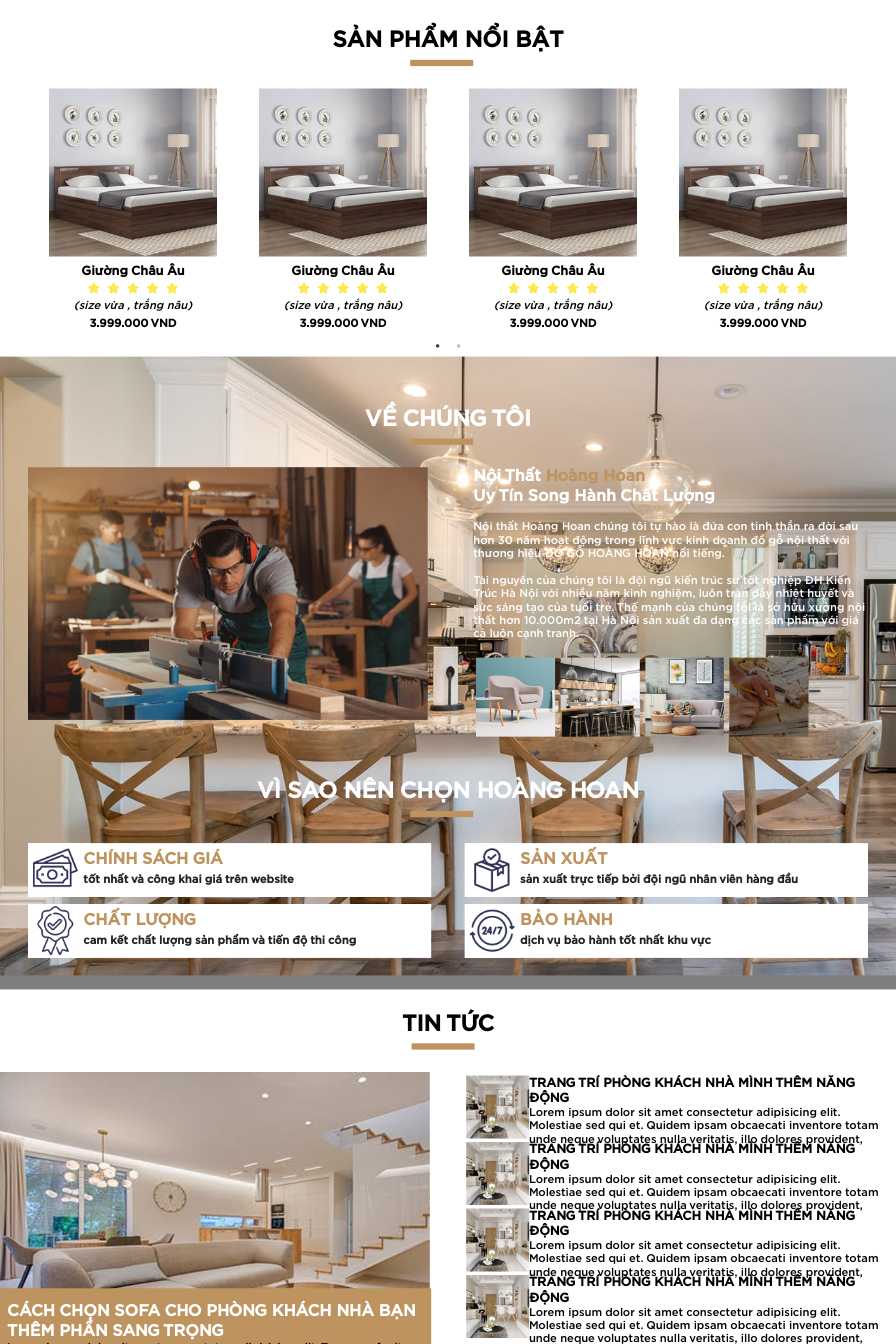
Repository: LDDUNG2003/prj_2
Page: /
These files come from the project's save history. The page is drawn as it stood at one moment and after the next save; the edit follows.
The browser window is 1280 px wide. The pictures show the part of the page from y = 1259 to 3179 px (the page is 3917 px tall), at 70% of full size.
The project was rebuilt for these pictures with package versions that can differ from the ones it lists, and the page was loaded fresh each time. Also part of the build but not shown: src/pages/news/index.js.

Above is the page before, as saved 2023-09-19 10:58:09.

### public/index.html
<!doctype html>
<html lang="en">
  <head>
    <meta charset="utf-8">
    <meta name="viewport" content="width=device-width, initial-scale=1">
    <link rel="shortcut icon" href="./img/logo.png">
    <link rel="preconnect" href="https://fonts.googleapis.com">
    <link rel="preconnect" href="https://fonts.gstatic.com" crossorigin>
    <link href="https://fonts.googleapis.com/css2?family=Roboto:ital,wght@0,100;0,300;0,400;0,500;1,100;1,400;1,500;1,700;1,900&display=swap" rel="stylesheet">
    <title>Trang Chu</title>
  </head>
  <body>
    <div id="root"></div>
  </body>
</html>

### src/App.js
import React, { Component } from 'react';
import { BrowserRouter as Router , Routes, Route } from 'react-router-dom';
import defaultLayout from './layouts/defaultLayout';
import { publicRoute } from './routes';
import './styles/css/responsive.css';

class App extends Component {
  render() {
    let Layout = defaultLayout
    return (
      <Router>
        <div className="App">
        <Routes>
        {publicRoute.map((route ,index) => {
            const Page = route.component
            return <Route key={index} path={route.path} element={<Layout><Page/></Layout>}/>
          })}
        </Routes>
        </div>
      </Router>
    );
  }
}

export default App;

### src/layouts/defaultLayout/index.js
import Header from "../header";
import Footer from "../footer";
import "../../styles/css/base.css";

function defaultLayout({children}) {
    return(
        <>
        <Header />
        <div className="content">{children}</div>
        <Footer />
        </>
    );
}

export default defaultLayout;

### src/routes/index.js
import Home from '~/pages/home'
import News from '~/pages/news'

const publicRoute = [
    {path: '/',component: Home},
    {path: '/news',component: News}
]

export  {publicRoute}

### src/styles/css/responsive.css
@media (min-width:767px) {
    #mobileMenu {
        display: none;
    }
}

@media (max-width: 767px) {
    #mobileMenu {
        display: block;
    }
    .logo--block {
        width: 100%;
        display: flex;
        align-items: center;
        justify-content: space-between;
    }
    .navBar {
        display: block;
        height: auto;
    }
    .menu-mobile {
        width: 40px;
        height: 40px;
        padding: 10px;
        border: 0px;
        background-color: var(--primary-color);
    }
    .navBar__list {
        display: none;
        width: 100%;
    }
    .navBar__list-item {
        padding: 4px;
        border-bottom: 2px solid #ccc;
    }
    .content__focut {
        position: static;
    }
    .focut--item {
        width: 50%;
    }
    .content__banner {
        width: 100%;
    }
    .banner--content {
        display: none;
    }
    .slick-prev:before,
    .slick-next:before {
        display: none;
    }
    .about--background {
        display: none;
    }
    .about__us-bag {
        position: static;
    }
    .about--block {
        display: block;
    }
    .about--content {
        width: 100%;
        color: var(--text-color);
    }
    .about--content img {
        width: 100%;
    }
    .content--title {
        color: var(--text-color);
    }
    .news--contain {
        display: block;
    }
    .mobile-display {
        display: none;
    }
    .news--contain--item {
        width: 100%;
    }
    .news--list-item {
        width: 100%;
        overflow: hidden;
    }
    .news--list-item img {
        height: 100%;
    }
    .partner--list {
        flex-wrap: wrap;
    }
    .partner--item {
        width: 50%;
    }
    .content--contact {
        display: none;
    }
    .footer__lable {
        display: block;
    }
    .footer--list {
        width: 100%;
        padding: 10px 0px;
    }
    .footer--list-item {
        width: 100%;
        padding: 5px 0px;
    }
    /* news responsive */
    .news--content-list {
        margin: 0px 20px;
    }
    .news--content-item {
        width: 100%;
    }
    .featured--list {
        width: 100%;
        margin: 10px;
        flex-wrap: wrap;
    }
    .featured--item {
        width: 100%;
    }
}

### src/layouts/header/index.js
function Header(){
    return (
        <div className="header">
            <div className="navBar">
                <div className="logo--block">
                <img src="./img/logo.png" alt="logo" className="logo" />
                <button className="menu-mobile" id="mobileMenu"><i className="fas fa-bars" style={{color: '#fff'}} /></button>
                </div>
                <ul className="navBar__list">
                <li className="navBar__list-item"><a href="/" className="navBar__list--link">trang chủ</a></li>
                <li className="navBar__list-item">
                    <a href="./index.html" className="navBar__list--link">giới thiệu</a>
                </li>
                <li className="navBar__list-item">
                    <a href="./product.html" className="navBar__list--link">sản phẩm</a>
                </li>
                <li className="navBar__list-item">
                    <a href="./partner.html" className="navBar__list--link">đối tác</a>
                </li>
                <li className="navBar__list-item">
                    <a href="/news" className="navBar__list--link">tin tức</a>
                </li>
                <li className="navBar__list-item">
                    <a href className="navBar__list--link">liên hệ</a>
                </li>
                </ul>
            </div>
        </div>

    )
}

export default Header

### src/layouts/footer/index.js
function Footer(){
    return (
        <div className="footer ">
            <div className="footer__lable">
                <ul className="footer--list">
                <li className="footer--list-item">
                    <h3 className="footer--list-heading">
                    thông tin chung
                    </h3>
                </li>
                <li className="footer--list-item footer--inheri">công ty tnhh hoàng hoan</li>
                <li className="footer--list-item"><i className="fa-solid fa-phone" style={{color: '#ffffff'}} />099999999</li>
                <li className="footer--list-item"><i className="fa-regular fa-envelope" style={{color: '#ffffff'}} />excepturi@gmail.com
                </li>
                <li className="footer--list-item"><i className="fa-solid fa-location-dot fa-beat" style={{color: '#ffffff'}} />26 khương đình , thanh xuân , hà nội</li>
                </ul>
                <ul className="footer--list">
                <li className="footer--list-item">
                    <h3 className="footer--list-heading">về chúng tôi</h3>
                </li>
                <li className="footer--list-item">giới thiệu</li>
                <li className="footer--list-item">sản phẩm</li>
                <li className="footer--list-item">tin tức</li>
                <li className="footer--list-item">đối tác</li>
                <li className="footer--list-item">liên hệ</li>
                </ul>
                <ul className="footer--list">
                <li className="footer--list-item">
                    <h3 className="footer--list-heading">kết nối với chúng tôi</h3>
                </li>
                <li className="footer--list-item">
                    <ul className="footer--list-contact">
                    <li className="fooder--list-contact-item"><i className="fa-brands fa-square-facebook" style={{color: '#ffffff'}} /></li>
                    <li className="fooder--list-contact-item"><i className="fa-brands fa-instagram" style={{color: '#ffffff'}} />
                    </li>
                    <li className="fooder--list-contact-item"><i className="fa-regular fa-envelope" style={{color: '#fcfcfd'}} />
                    </li>
                    </ul>
                </li>
                <li className="footer--list-item"><img style={{height: 23}} src="./img/ve-chung-toi/chat-luong.jpg" alt /></li>
                </ul>
            </div>
        </div>
    )
}

export default Footer

### src/styles/css/base.css
* {
    padding: 0px;
    margin: 0px;
    font-family: "Gotham-Medium";
}

:root {
    --primary-color: #bd945f;
    --text-color: #222222;
}


/* font setting */

@font-face {
    font-family: "Gotham-Medium";
    src: url(../front/Gotham-Medium.otf);
}

@font-face {
    font-family: "Gotham-Thin";
    src: url(../front/Gotham-Thin.otf);
}

@font-face {
    font-family: "Gotham-Ultra";
    src: url(../front/Gotham-Ultra.otf);
}

.App {
    width: 100%;
    overflow: hidden;
}

.main {
    width: 100%;
}

.header {
    padding: 10px 0px;
    margin: auto;
    width: 100%;
    max-width: 1200px;
}

.navBar {
    display: flex;
    width: 100%;
    justify-content: space-between;
}

.logo {
    height: 80px;
}

.navBar__list {
    display: flex;
    list-style: none;
    align-items: center;
}

.navBar__list-item {
    margin: 0 10px;
}

.navBar__list--link {
    text-transform: uppercase;
    font-size: 16px;
    color: var(--text-color);
    text-decoration: none;
}

.featured--content {
    padding-top: 10px;
    text-align: center;
}

.featured-name {
    font-size: 18px;
    text-transform: capitalize;
}

.evaluate--list {
    list-style: none;
    display: flex;
    justify-content: center;
}

.evaluate--list li {
    padding: 5px;
    margin: 0;
}

.note-product {}

.content--title {
    font-size: 32px;
    padding: 50px 0px;
    text-align: center;
    position: relative;
    text-transform: uppercase;
}

.content--title::before {
    content: '';
    background-color: var(--primary-color);
    width: 90px;
    height: 9px;
    position: absolute;
    top: 70%;
    right: 47%;
}

.content__featured {
    width: 100%;
    max-width: 1200px;
    margin: auto;
    padding-bottom: 30px;
}

.featured--list {
    width: 100%;
    list-style: none;
    display: flex;
    text-align: center;
}

.featured--item {}

.featured--img {
    width: 80%;
    margin: auto;
}

.price-product {
    padding: 7px 0px;
    font-weight: 800;
    font-size: 16px;
}

.slick-prev:before,
.slick-next:before {
    color: var(--primary-color);
    width: 15px;
}

.footer {
    background-color: black;
}

.footer__lable {
    max-width: 1200px;
    margin: auto;
    display: flex;
    width: 100%;
    justify-content: space-around;
    color: #fff;
    justify-content: space-between;
}

.footer--list {
    list-style: none;
    width: 32%;
}

.footer--list-item {
    font-size: 16px;
    padding-top: 8px;
    text-transform: capitalize;
    font-family: initial;
}

.footer--list-heading {
    font-size: 18px;
    font-weight: 300;
    text-transform: uppercase;
    position: relative;
    padding-bottom: 0px;
    font-family: 'Gotham-Medium';
}

.footer--list-heading::after {
    content: '';
    background-color: var(--primary-color);
    width: 110px;
    padding-top: 6px;
    position: absolute;
    left: 0px;
    bottom: -8px;
}

.footer--inheri {
    text-transform: uppercase;
    font-weight: 600;
    font-size: 18px;
}

.footer--list-contact {
    display: flex;
    list-style: none;
}

.fooder--list-contact-item {
    width: 16px;
    padding: 5px;
}

### src/pages/home/setProductSlick/index.js
import "slick-carousel/slick/slick.css";
import "slick-carousel/slick/slick-theme.css";
import React, { Component } from "react";
import Slider from "react-slick";
import "~/styles/css/home.css"
import Star from "~/font-awesome"

export default class SimpleSlider extends Component {

  render() {
    const settings = {
      dots: true,
      speed: 300,
      slidesToShow: 4,
      slidesToScroll: 4,
      infinite: false,
    };
    return (
      <div>
        <Slider {...settings}>
        <li className="featured--item">
            <img src="./img/featured/giuong-ngu.png" alt className="featured--img" />
            <div className="featured--content">
              <h5 className="featured-name">Giường Châu Âu</h5>
              <ul className="evaluate--list">
                <li><Star/></li>
                <li><Star/></li>
                <li><Star/></li>
                <li><Star/></li>
                <li><Star/></li>
              </ul>
              <i className="note-product">(size vừa , trắng nâu)</i>
              <p className="price-product">3.999.000 VND</p>
            </div>
          </li>
          <li className="featured--item">
            <img src="./img/featured/giuong-ngu.png" alt className="featured--img" />
            <div className="featured--content">
              <h5 className="featured-name">Giường Châu Âu</h5>
              <ul className="evaluate--list">
               <li><Star/></li>
                <li><Star/></li>
                <li><Star/></li>
                <li><Star/></li>
                <li><Star/></li>
              </ul>
              <i className="note-product">(size vừa , trắng nâu)</i>
              <p className="price-product">3.999.000 VND</p>
            </div>
          </li>
          <li className="featured--item">
            <img src="./img/featured/giuong-ngu.png" alt className="featured--img" />
            <div className="featured--content">
              <h5 className="featured-name">Giường Châu Âu</h5>
              <ul className="evaluate--list">
               <li><Star/></li>
                <li><Star/></li>
                <li><Star/></li>
                <li><Star/></li>
                <li><Star/></li>
              </ul>
              <i className="note-product">(size vừa , trắng nâu)</i>
              <p className="price-product">3.999.000 VND</p>
            </div>
          </li>
          <li className="featured--item">
            <img src="./img/featured/giuong-ngu.png" alt className="featured--img" />
            <div className="featured--content">
              <h5 className="featured-name">Giường Châu Âu</h5>
              <ul className="evaluate--list">
               <li><Star/></li>
                <li><Star/></li>
                <li><Star/></li>
                <li><Star/></li>
                <li><Star/></li>
              </ul>
              <i className="note-product">(size vừa , trắng nâu)</i>
              <p className="price-product">3.999.000 VND</p>
            </div>
          </li>
          <li className="featured--item">
            <img src="./img/featured/giuong-ngu.png" alt className="featured--img" />
            <div className="featured--content">
              <h5 className="featured-name">Giường Châu Âu</h5>
              <ul className="evaluate--list">
               <li><Star/></li>
                <li><Star/></li>
                <li><Star/></li>
                <li><Star/></li>
                <li><Star/></li>
              </ul>
              <i className="note-product">(size vừa , trắng nâu)</i>
              <p className="price-product">3.999.000 VND</p>
            </div>
          </li>
        </Slider>
      </div>
    );
  }
}

### src/styles/css/news.css
.news--contet {
    width: 100%;
    max-width: 1200px;
    margin: auto;
    padding-bottom: 50px;
}

.news--content-list {
    display: flex;
    flex-wrap: wrap;
    list-style: none;
    align-items: center;
}

.news--content-item {
    width: 33%;
    padding: 20px;
    box-sizing: border-box;
}

.news--item-img {
    width: 100%;
}

.news--item-contain {
    margin: auto;
}

.news--contain-heading {
    font-size: 23px;
    color: var(--primary-color);
    text-transform: uppercase;
}

.news--contain-text {
    padding: 10px 0px 0px 0px;
    font-size: 16px;
}

### src/styles/css/home.css
.content {
    width: 100%;
    max-width: 1500px;
    margin: auto;
}

.content__banner {
    width: 100%;
    position: relative;
}

.content--list-image {
    width: 100%;
    max-width: 1500px;
    margin: auto;
}

.content--image {
    width: 100%;
}

.banner--content {
    position: absolute;
    top: 10%;
    left: 15%;
}

.banner--content-text-title {
    text-transform: uppercase;
    font-family: 800;
    font-family: "gotham-utral";
    font-size: 25px;
}

.banner--content-text {
    font-size: 18px;
    color: var(--text-color);
    width: 420px;
}

.banner--button {
    padding: 20px;
    color: aliceblue;
    background-color: var(--primary-color);
    border: none;
    font-family: "gotham-utral";
    font-size: 18px;
    cursor: pointer;
}

.content__focut {
    position: relative;
    background-color: #ffffff;
    top: -60px;
    max-width: 1200px;
    width: 100%;
    margin: auto;
}

.focut--list {
    margin: auto;
    display: flex;
    width: 100%;
    list-style: none;
    flex-wrap: wrap;
}

.focut--item {
    width: 25%;
    text-align: center;
}

.focut--img {
    width: 100%;
}

.focut--text {
    text-align: center;
    font-size: 23px;
}

.content__featured {
    width: 100%;
    max-width: 1200px;
    margin: auto;
    padding-bottom: 30px;
}

.featured--list {
    width: 100%;
    list-style: none;
    display: flex;
    text-align: center;
}

.featured--item {
    width: 24%;
}

.featured--img {
    width: 80%;
    margin: auto;
}

.about__us {
    position: relative;
    width: 100%;
    max-width: 1500px;
    margin: auto;
    padding: 20px 0px;
    background-image: url("../img/bg-about-us.jpg");
    display: flex;
    justify-content: center;
}

.about__us::before {
    content: "";
    position: absolute;
    width: 100%;
    height: 100%;
    background-color: black;
    opacity: 0.5;
    z-index: -1;
}

.about--background {
    width: 100%;
    height: 100%;
}

.about--background img {
    width: 100%;
    filter: grayscale(100%) contrast(100%);
    height: 100%;
}

.about__us-bag {
    top: 0px;
    width: 100%;
    max-width: 1200px;
    left: 10%;
    color: #ffffff;
}

.about__content {
    width: 100%;
}

.about--block {
    display: flex;
    justify-content: space-between;
}

.about--content {
    width: 47%;
}

.about--content--title {
    font-size: 23px;
}

.about--text--list {
    font-size: 16px;
    padding: 10px 0px;
}

.about--text {
    padding: 10px 0px;
}

.about--list {
    list-style: none;
    display: flex;
}

.about--item {
    width: 20%;
    padding: 4px;
}

.about--img {
    width: 100%;
}

.choose__choose {
    width: 100%;
}

.choose--list {
    list-style: none;
    display: flex;
    flex-wrap: wrap;
    justify-content: space-between;
}

.choose--item {
    align-items: center;
    margin: 5px 0px;
    width: 48%;
    display: flex;
    background-color: #ffffff;
}

.choose--content-title {
    color: var(--primary-color);
    font-size: 23px;
    text-transform: uppercase;
    font-weight: 800;
}

.choose--text {
    font-weight: 700;
    font-size: 16px;
    padding: 5px 0px;
    color: var(--text-color);
}

.news {}

.content--title {}

.news--contain {
    display: flex;
    width: 100%;
    justify-content: space-between;
}

.news--contain--item {
    width: 48%;
    position: relative;
}

.impotant--grd {
    height: 460px;
    width: 100%;
}

.news-contain-impotant {
    margin-right: 10px;
    position: absolute;
    bottom: 0;
    height: 25%;
    background-color: var(--primary-color);
    padding: 20px 10px;
    width: 97%;
}

.news--impotant-heading {
    font-size: 23px;
    text-transform: uppercase;
    color: #ffffff;
}

.news--impotant-text {
    font-size: 16px;
}

.news--list {
    list-style: none;
}

.news--list-item {
    margin: 5px 0;
    display: flex;
    height: 90px;
}

.news--item-contain {
    margin: 5px;
}

.new--itemheading {
    font-size: 18px;
    text-transform: uppercase;
}

.news--impotant-text {
    margin: 0px;
}

.partner--contain {}

.partner--list {
    display: flex;
    list-style: none;
    flex-wrap: wrap;
    width: 100%;
    /* setup max width  */
    max-width: 1200px;
    margin: auto;
}

.partner--item {
    /* setup width calc 100/7 */
    width: calc(100% / 7);
    /* width: calc(100%/7%); */
}

.content--contact {
    width: 100%;
    margin: auto;
    max-width: 1500px;
    position: relative;
}

.contact--contain {}

.contact-bg {
    width: 100%;
}

.contact-contain {}

.contact-image {
    position: absolute;
    display: none;
}

### src/font-awesome/index.js
import { FontAwesomeIcon } from "@fortawesome/react-fontawesome";
import { faStar} from "@fortawesome/free-solid-svg-icons";
function Star() {
    return (
        <FontAwesomeIcon icon={faStar} style={{color: "#fce94f",}} />
     );
}


export default Star;

Loaded but not shown: src/index.js (common file); src/index.css (common file); src/pages/home/index.js (217 lines, source omitted)

After the next save:
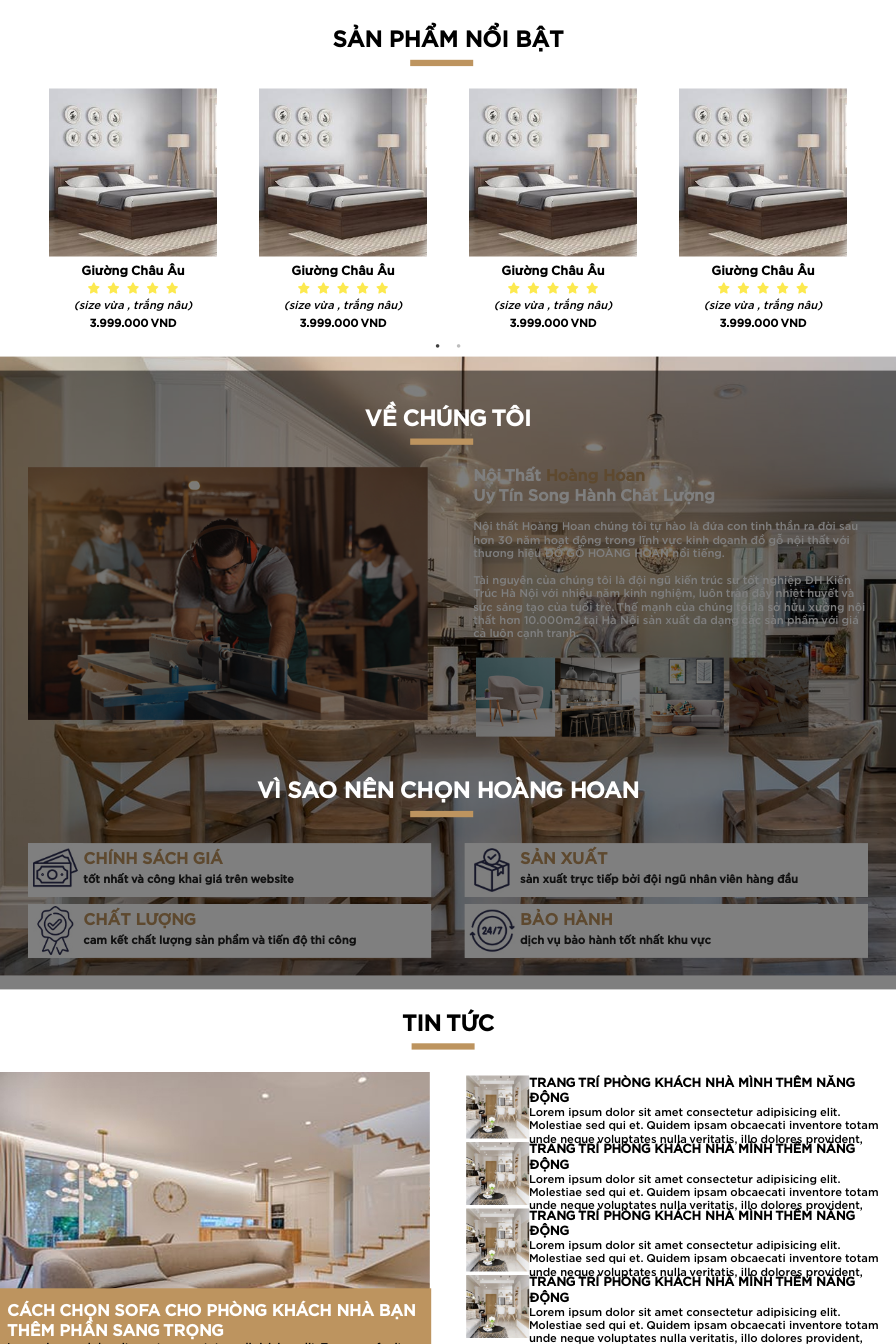
Saved 9 s later.
--- a/src/styles/css/home.css
+++ b/src/styles/css/home.css
@@ -120,7 +120,7 @@
     height: 100%;
     background-color: black;
     opacity: 0.5;
-    z-index: -1;
+    z-index: 0;
 }
 
 .about--background {
